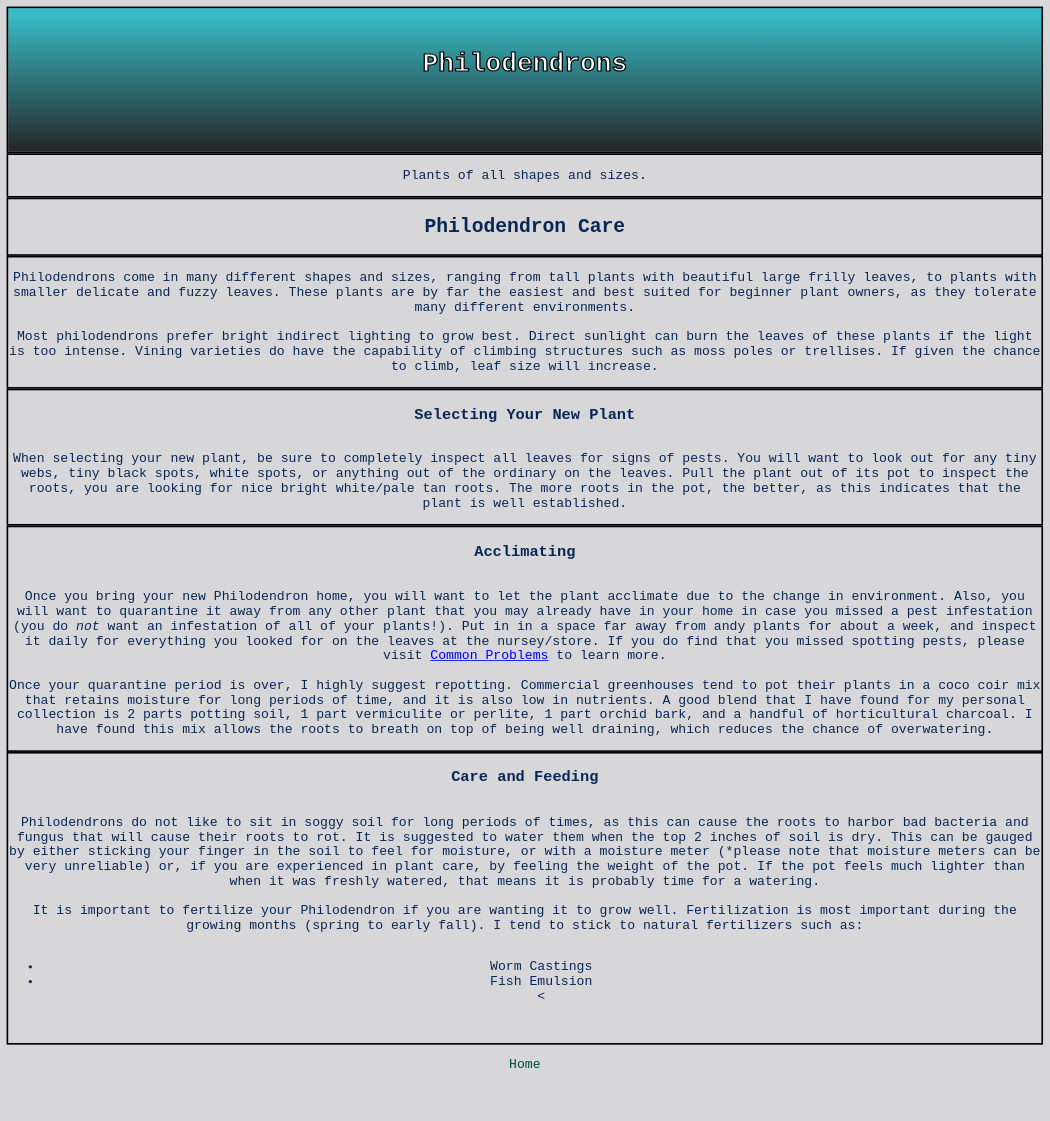
Repository: swillis91/odin-recipies
Page: Planty Page/philodendrons.html
These files come from the project's save history. The page is drawn as it stood at one moment and after the next save; the edit follows.
The browser window is 1280 px wide. The pictures show the whole page, at 82% of full size.

Above is the page before, as saved 2023-08-14 23:59:52.

After the next save:
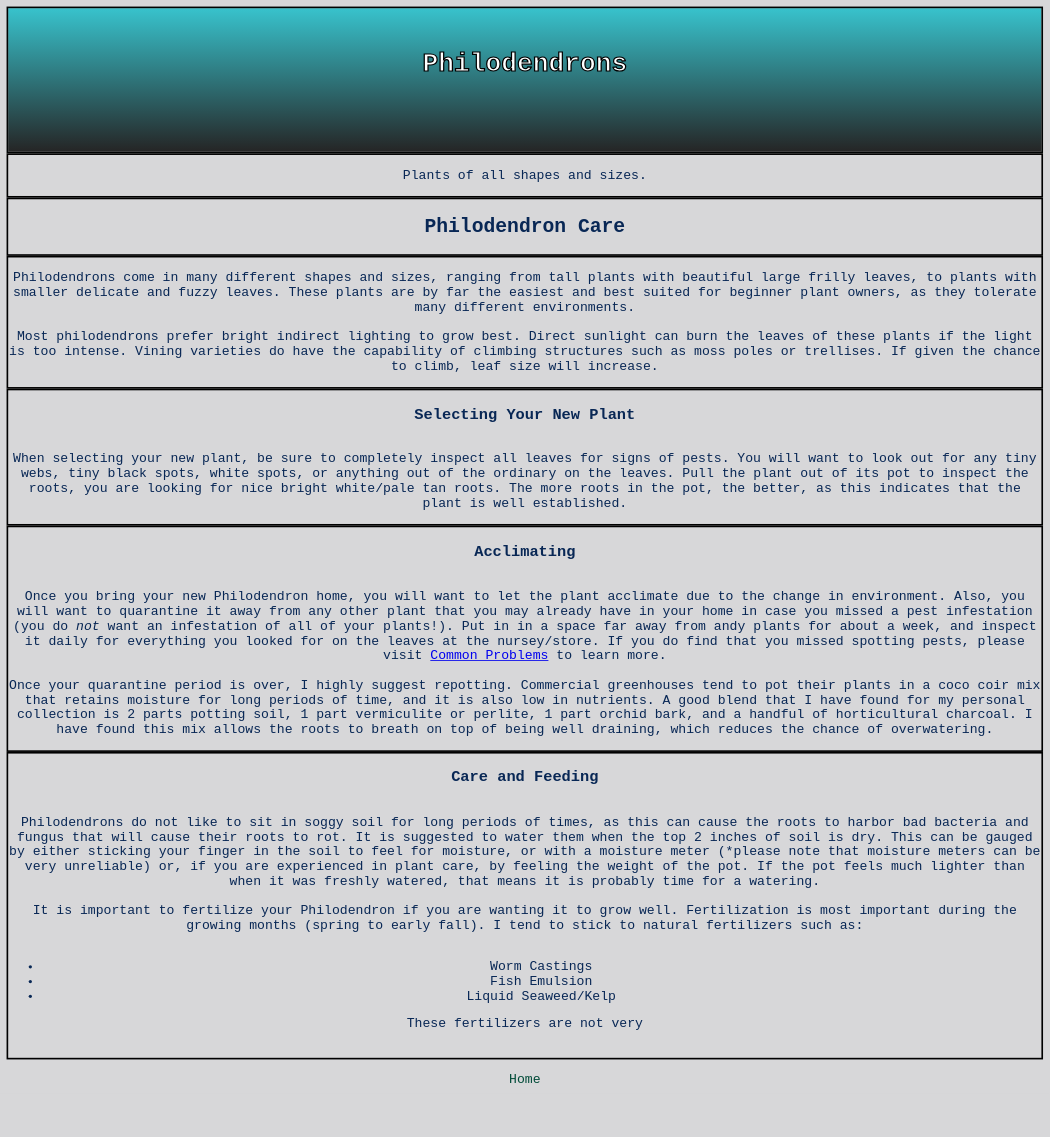
Saved 33 s later.
--- a/Planty Page/philodendrons.html
+++ b/Planty Page/philodendrons.html
@@ -38,8 +38,9 @@
                         <ul>
                             <li>Worm Castings</li>
                             <li>Fish Emulsion</li>
-                            <
+                            <li>Liquid Seaweed/Kelp</li>
                         </ul>
+                    These fertilizers are not very
                     </p>
             </div>
               </p>
